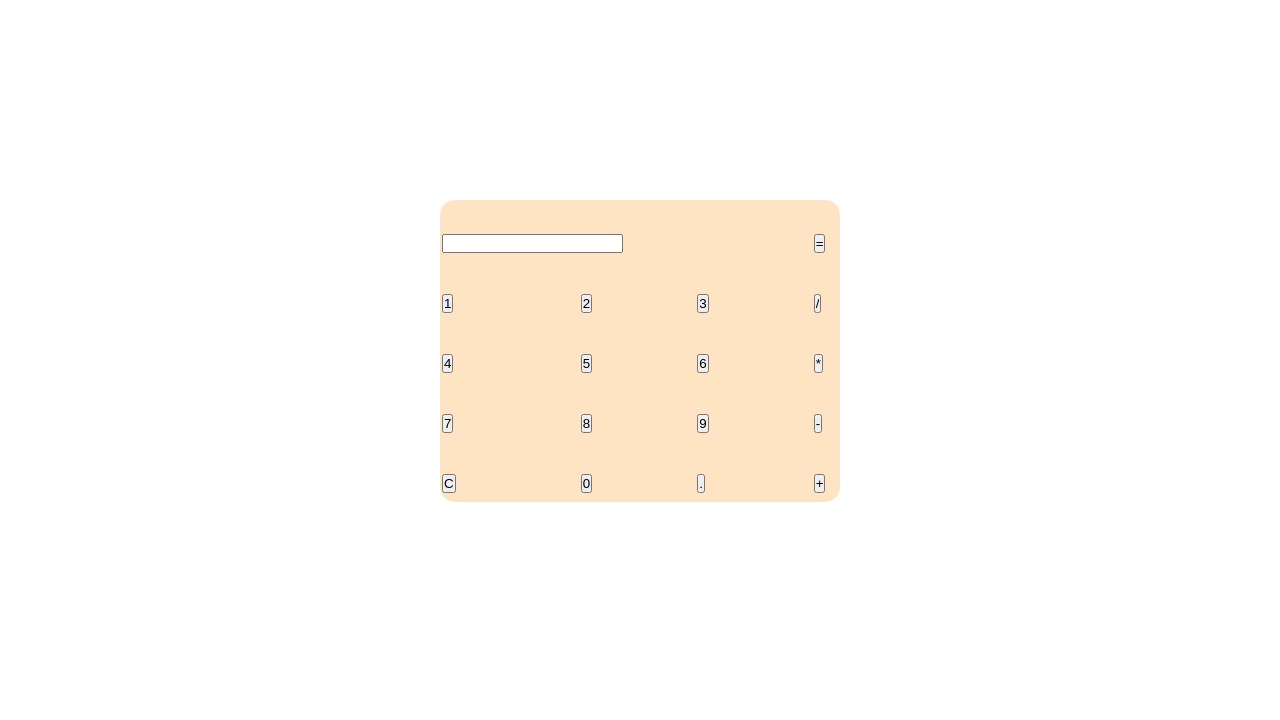
Repository: Seryozha02/CalculatorAndStopwatch
Page: calculator.html
These files come from the project's save history. The page is drawn as it stood at one moment and after the next save; the edit follows.
The browser window is 1280 px wide. The pictures show the whole page.

Above is the page before, as saved 2022-10-03 00:28:02.

### calculator.html
<!DOCTYPE html>
<html lang="en">
  <head>
    <meta charset="UTF-8" />
    <meta http-equiv="X-UA-Compatible" content="IE=edge" />
    <meta name="viewport" content="width=device-width, initial-scale=1.0" />
    <link rel="stylesheet" href="calculator.css" />
    <title>Calculator</title>
  </head>
  <body>
    <table id="calculator">
      <tr>
        <td colspan="3"><input class="display-box" type="text" id="result"/></td>
        <td><input type="button" value="=" onclick="calculate()" id="btn"></td>
      </tr>
      <tr>
        <td><input type="button" value="1" onclick="display(('1'))" /></td>
        <td><input type="button" value="2" onclick="display(('2'))" /></td>
        <td><input type="button" value="3" onclick="display(('3'))" /></td>
        <td><input type="button" value="/" onclick="display(('/'))" /></td>
      </tr>
      <tr>
        <td><input type="button" value="4" onclick="display(('4'))"></td>
        <td><input type="button" value="5" onclick="display(('5'))"></td>
        <td><input type="button" value="6" onclick="display(('6'))"></td>
        <td><input type="button" value="*" onclick="display(('*'))"></td>
      </tr>
      <tr>
        <td><input type="button" value="7" onclick="display(('7'))"></td>
        <td><input type="button" value="8" onclick="display(('8'))"></td>
        <td><input type="button" value="9" onclick="display(('9'))"></td>
        <td><input type="button" value="-" onclick="display(('-'))"></td>
      </tr>
      <tr>
      <td><input type="button" value="C" onclick="cleareScreen()" id="btn"></td>
      <td><input type="button" value="0" onclick="display(('0'))"></td>
      <td><input type="button" value="." onclick="display(('.'))"></td>
      <td><input type="button" value="+" onclick="display(('+'))"></td>
    </tr>
    </table>
  </body>
  <script src="calculator.js"></script>
</html>

### calculator.css
* {
    margin: 0;
    padding: 0;
    text-decoration: none;
    box-sizing: border-box;
}

#calculator {
    background-color: bisque;
    border-radius: 15px;
    margin: 0 auto;
    margin-top: 200px;
    width: 400px;
    height: ;
    font-size: 50px;
}

table td tr {
        font-size: 35px;
}

Loaded but not shown: calculator.js (no copy from this time; the picture is the same without it)

After the next save:
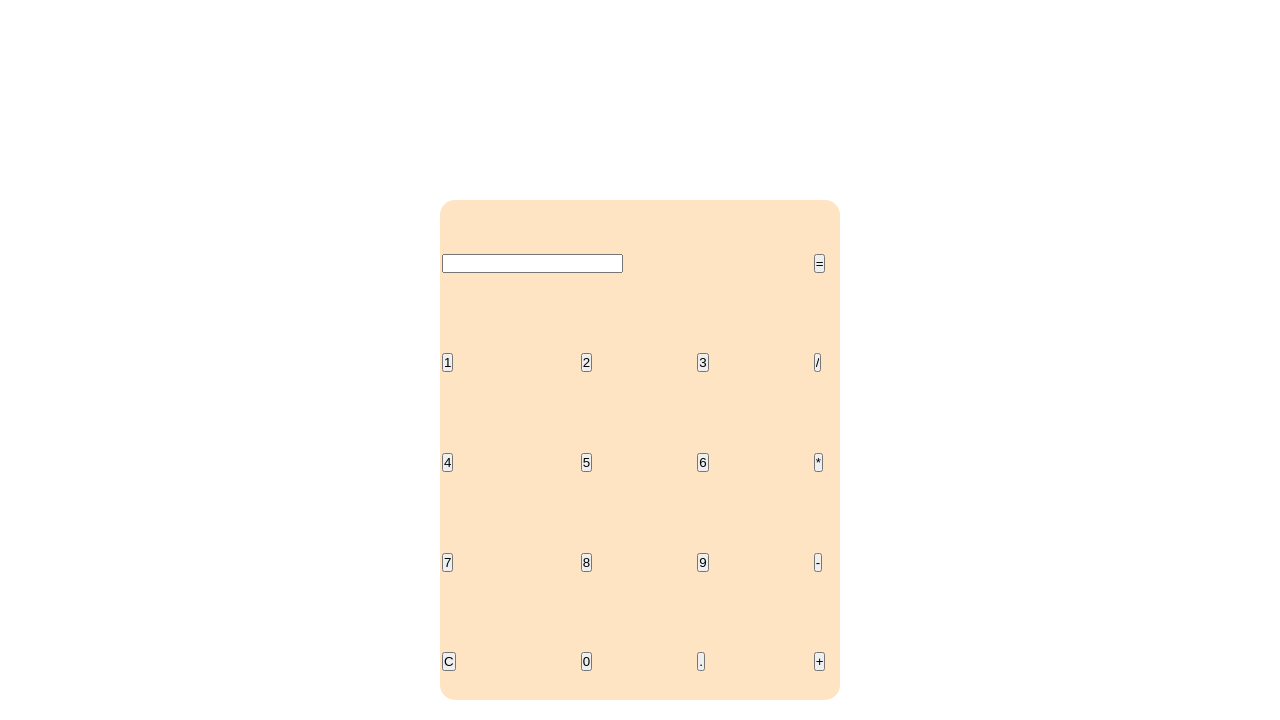
Saved 4 s later.
--- a/calculator.css
+++ b/calculator.css
@@ -11,7 +11,7 @@
     margin: 0 auto;
     margin-top: 200px;
     width: 400px;
-    height: ;
+    height: 500px;
     font-size: 50px;
 }
 
